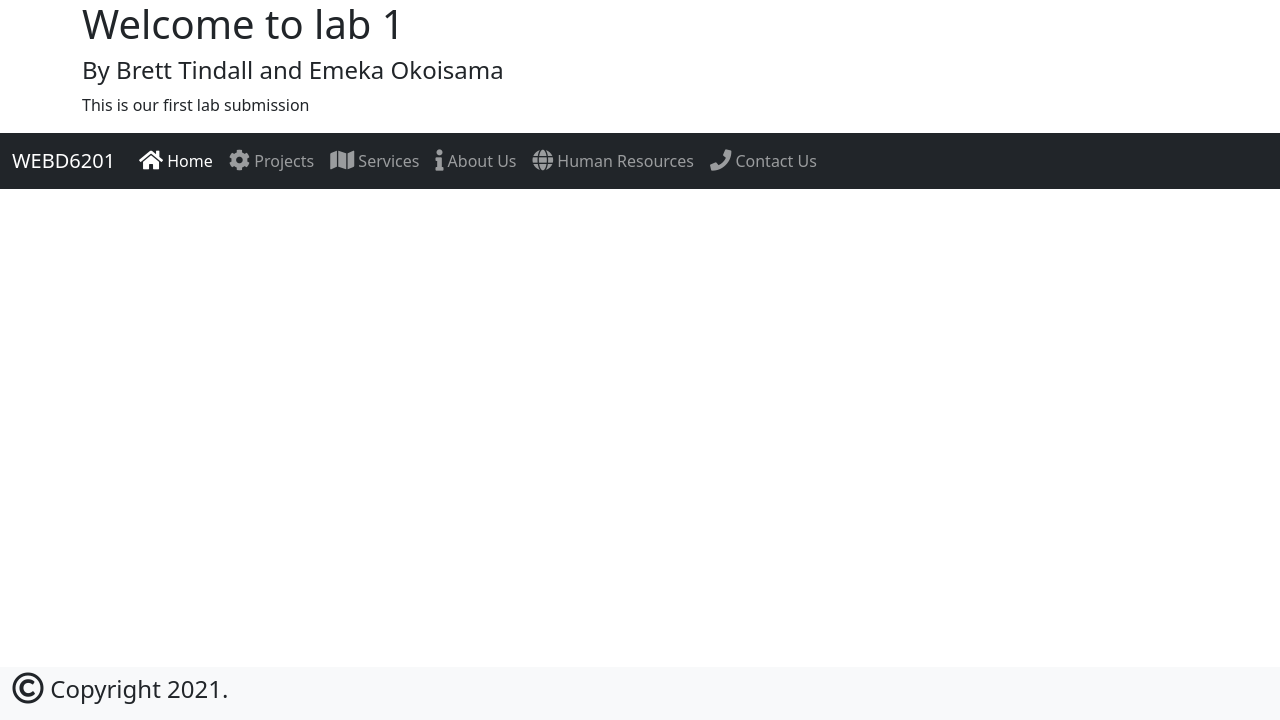
Repository: Sub4Sub/Lab_1
Page: index.html
An editor plug-in stored every save of this project. The page is shown before and after the next save, followed by the edit.
The browser window is 1280 px wide. The pictures show the whole page.

Above is the page before, as saved 2021-02-05 15:41:32.

### index.html
<!DOCTYPE html>
<html lang="en">
<head>
    <meta charset="UTF-8">
    <meta name="viewport" content="width=device-width, initial-scale=1.0">
    <title>Home</title>
    <!-- CSS Section -->
    <link rel="stylesheet" href="./node_modules/bootstrap/dist/css/bootstrap.min.css">
    <link rel="stylesheet" href="./node_modules/@fortawesome/fontawesome-free/css/all.min.css">
    <link rel="stylesheet" href="./Content/app.css">
</head>
<body>
    <!-- Main Header -->


    <!-- Main Content -->
    <main class="container">
    </main>



    <!-- Script Section-->
    <script src="./node_modules/jquery/dist/jquery.min.js"></script>
    <script src="./node_modules/bootstrap/dist/js/bootstrap.bundle.min.js"></script>
    <script src="./Scripts/app.js"></script>
</body>
</html>

### Scripts/app.js
/*
* Name: Brett Tindall & Emeka Okoisama
* Student Id: 100708109 &
* Date Completed: 2021-02-05
*/

"use strict";

//IIFE - Immediately Invoked Function Expression
(function()
{

    /*
      Function that displays the home page's content
    */
    function displayHome()
    {
        let indexHeading = document.createElement("h1");

        indexHeading.setAttribute("id", "indexHeading");
        indexHeading.textContent = `Welcome to lab 1`;
        //indexHeading.className = "fs-4 fw-bold";

        let mainContent = document.querySelector("main");
        mainContent.appendChild(indexHeading);

        let newDivTag = document.createElement("div");
        newDivTag.innerHTML =
        `<h4>By Brett Tindall and Emeka Okoisama</h4>
        <p id="paragraphThree"> This is our first lab submission </p>`;

        mainContent.append(newDivTag);


    }

    /*
      Function that displays the contact page's content
    */
    function displayContact()
    {
      let contactHeading = document.createElement("h1");

      contactHeading.setAttribute("id", "contactHeading");
      contactHeading.textContent = "Enter a Contact";

      let mainContent = document.querySelector("main");
      mainContent.appendChild(contactHeading);

      let newDivTag = document.createElement("div");
      newDivTag.innerHTML =
      `<div id="messageArea"></div>

      <div class="row justify-content-lg-center g-3">
        <form class="col-lg-6 col-md-10 col-sm-10">

          <div class="input-group mb-3">
            <span class="input-group-text" id="inputGroup-sizing-default">Full Name </span>
            <input id="fullName" type="text" class="form-control" aria-label="Full Name" aria-describedby="Full Name Input"
            name="fullName" required>
          </div>

          <div class="input-group mb-3">
            <span class="input-group-text" id="inputGroup-sizing-default">Contact Number</span>
            <input id="contactNumber" type="tel" class="form-control" aria-label="Contact Number" aria-describedby="Contact Number Input"
            name="contactNumber" required>
          </div>

          <div class="input-group mb-3">
            <span class="input-group-text" id="inputGroup-sizing-default">Email</span>
            <input id="emailAddress" type="email" class="form-control" aria-label="Email Address" aria-describedby="Email Address Input"
            name="emailAddress" required>
          </div>

          <button id="sendButton" type="submit" class="btn btn-primary"><i class="fas fa-envelope fa-lg"></i> Send</button>
          <button id="cancelButton" type="reset" class="btn btn-warning"><i class="fas fa-undo fa-lg"></i> Cancel</button>
        </form>
      </div>`;

      mainContent.append(newDivTag);


      let sendButton = document.getElementById("sendButton");

        sendButton.addEventListener("click", function(event){

          window.location.href = './index.html';

        });

    }

    /*
      Function that displays the fixed footer at the bottom of the page
    */
   function displayHeader()
   {
     let mainContent = document.querySelector("body");

     //let sendButton = document.getElementById("body");

     let newFooterTag = document.createElement("header");

     newFooterTag.innerHTML =
     `
     <header>
      <!-- Main Navigation -->
      <nav class="navbar navbar-expand-lg navbar-dark bg-dark">
          <div class="container-fluid">
            <a class="navbar-brand" href="index.html">WEBD6201</a>
            <button class="navbar-toggler" type="button" data-bs-toggle="collapse" data-bs-target="#navbarSupportedContent" aria-controls="navbarSupportedContent" aria-expanded="false" aria-label="Toggle navigation">
              <span class="navbar-toggler-icon"></span>
            </button>
            <div class="collapse navbar-collapse" id="navbarSupportedContent">
              <ul class="navbar-nav me-auto mb-2 mb-lg-0" id ="headerList">
                <li class="nav-item">
                  <a class="nav-link active" aria-current="page" href="index.html"><i class="fas fa-home fa-lg"></i> Home</a>
                </li>

                <li class="nav-item">
                  <a class="nav-link" id="productsLink" aria-current="page" href="products.html"><i class="fas fa-cog fa-lg"></i> Products</a>
                </li>

                <li class="nav-item">
                  <a class="nav-link" aria-current="page" href="services.html"><i class="fas fa-map fa-lg"></i> Services</a>
                </li>

                <li class="nav-item" id="aboutUsList">
                  <a class="nav-link" id="aboutUsLink" aria-current="page" href="about.html"><i class="fas fa-info fa-lg"></i> About Us</a>
                </li>

                <li class="nav-item">
                  <a class="nav-link" aria-current="page" href="contact.html"><i class="fas fa-phone fa-lg"></i> Contact Us</a>
                </li>
              </ul>
            </div>
          </div>
        </nav>
  </header>
     `

     mainContent.append(newFooterTag);

   }

    /*
      Function that displays the fixed footer at the bottom of the page
    */
    function displayFooter()
    {
      let mainContent = document.querySelector("main");

      let newFooterTag = document.createElement("footer");

      newFooterTag.innerHTML =
      `
      <footer>
        <nav class="navbar fixed-bottom navbar-light bg-light">
            <div class="container-fluid">
              <h4><i class="far fa-copyright fa-lg"></i> Copyright 2021.</h4>
            </div>
          </nav>
    </footer>
      `

      mainContent.append(newFooterTag);

    }

    /*
      Function that adds a button to the human resources page
    */
    function addHumanResourcesButton()
    {

      let aboutUsLink = document.getElementById("aboutUsList");

      let newListItem = document.createElement("li");

      newListItem.innerHTML =
      `
      <li class="nav-item">
        <a class="nav-link" id="HumanResourcesLink" aria-current="page" href="human-resources.html"><i class="fas fa-globe fa-lg"></i> Human Resources</a>
      </li>
      `

      aboutUsLink.after(newListItem);

    }

    /*
      Function that changes the products button's text to projects
    */
   function alterProductsButton()
   {

    let productsButton = document.getElementById("headerList").childNodes[3];

    //productsButton.textContent = "Projects";

    let newListItem = document.createElement("li");

    newListItem.innerHTML =
   `
   <li class="nav-item">
               <a class="nav-link" aria-current="page" href="products.html"><i class="fas fa-cog fa-lg"></i> Projects</a>
             </li>
   `

    productsButton.replaceChild(newListItem, productsButton.childNodes[1]);

   }

   /*
      Function that run when the page loads
    */
    function Start()
    {
        console.log("App Started...");

        displayHeader();

        alterProductsButton();

        addHumanResourcesButton();

        switch (document.title)
        {
          case "Home":
              displayHome();
            break;
          case "About":
              displayAbout();
            break;
          case "Projects":
              displayProjects();
            break;
          case "Services":
              displayServices();
            break;
          case "Contact":
              displayContact();
            break;
        }

    }

    displayFooter();

    window.addEventListener("load", Start);

})();

Loaded but not shown: node_modules/bootstrap/dist/css/bootstrap.min.css (library); node_modules/@fortawesome/fontawesome-free/css/all.min.css (library); node_modules/jquery/dist/jquery.min.js (library); node_modules/bootstrap/dist/js/bootstrap.bundle.min.js (library); Content/app.css (no stored copy; drawn as an empty file)

After the next save:
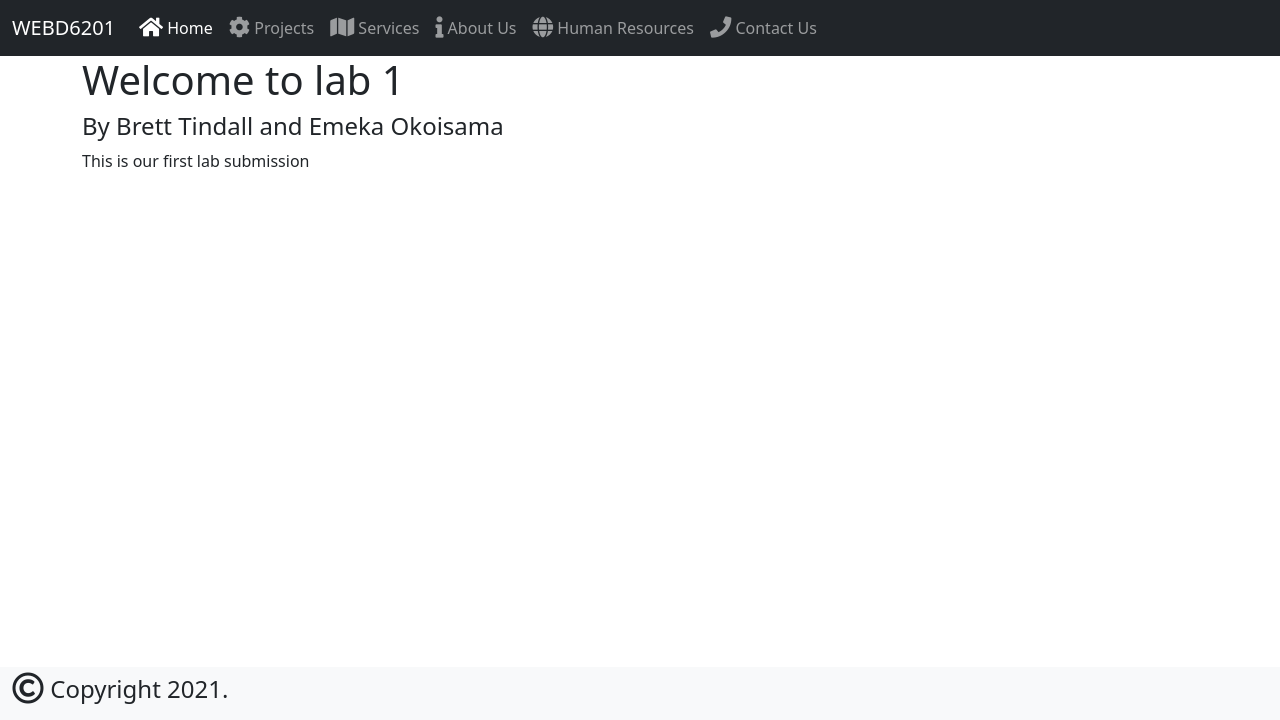
Saved 2 min 39 s later.
--- a/Scripts/app.js
+++ b/Scripts/app.js
@@ -139,7 +139,7 @@
   </header>
      `
 
-     mainContent.append(newFooterTag);
+     mainContent.prepend(newFooterTag);
 
    }
 
